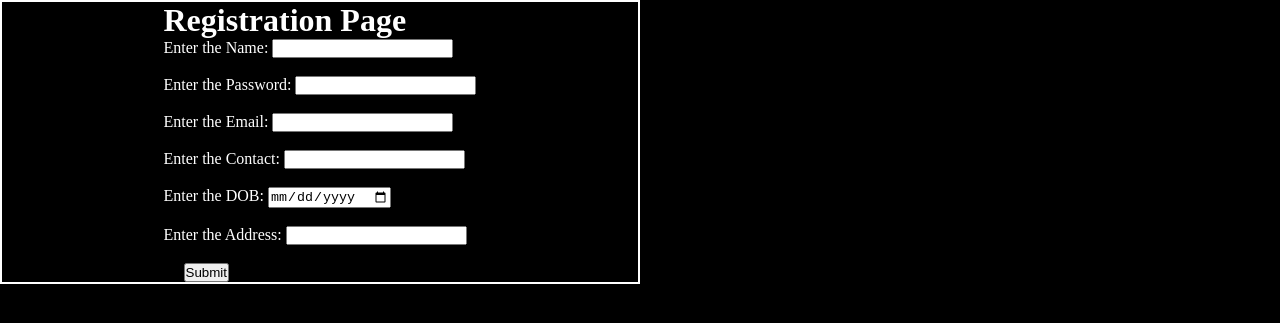
Repository: Pradeep4802/utopiatech
Page: eclipse-workspace/OwnServlet/src/main/webapp/Home.html
The author's editor kept a copy of each file at every save. The page is drawn from the files as they stood at one save, then again after the next save.
The browser window is 1280 px wide. The pictures show the whole page.

Above is the page before, as saved 2023-10-09 10:13:09.

### eclipse-workspace/OwnServlet/src/main/webapp/Home.html
<!DOCTYPE html>
<html>
<head>
<meta charset="UTF-8">
<title>Form</title>
<style>
* {
	margin: 0;
	padding: 0;
	box-sizing: border-box;
}

body {
	background: black;
}

.container {
	border: 2px solid white;
	width: 50%;
	display: flex;
	justify-content: center;
}

.container form h1 {
	color: white;
}

label {
	color: white;
}

input[type="submit"] {
	margin-left : 20px;
}
</style>
</head>
<body>
	<div class="container">
		<form action="" method="get">
			<h1>Registration Page</h1>

			<label for="user_name">Enter the Name: <input type="text"
				name="user_name" /></label><br><br> <label for="user_pass">Enter
				the Password: <input type="password" name="user_pass" />
			</label><br><br> <label for="user_email">Enter the Email: <input
				type="email" name="user_email" /></label><br><br> <label
				for="user_contact">Enter the Contact: <input type="number"
				name="user_contact" /></label><br><br> <label for="user_dob">Enter
				the DOB: <input type="date" name="user_dob" />
			</label><br><br> <label for="user_address">Enter the Address: <input
				type="text" name="user_address" /></label> <br><br> <input type="submit"
				value="Submit" />

		</form>
	</div>
</body>
</html>

After the next save:
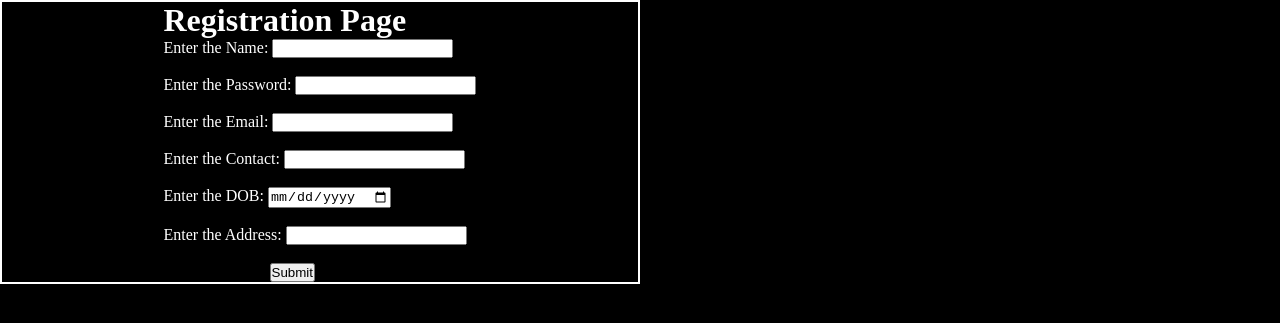
Saved 20 s later.
--- a/eclipse-workspace/OwnServlet/src/main/webapp/Home.html
+++ b/eclipse-workspace/OwnServlet/src/main/webapp/Home.html
@@ -30,7 +30,7 @@ label {
 }
 
 input[type="submit"] {
-	margin-left : 20px;
+	margin-left :106px;
 }
 </style>
 </head>
